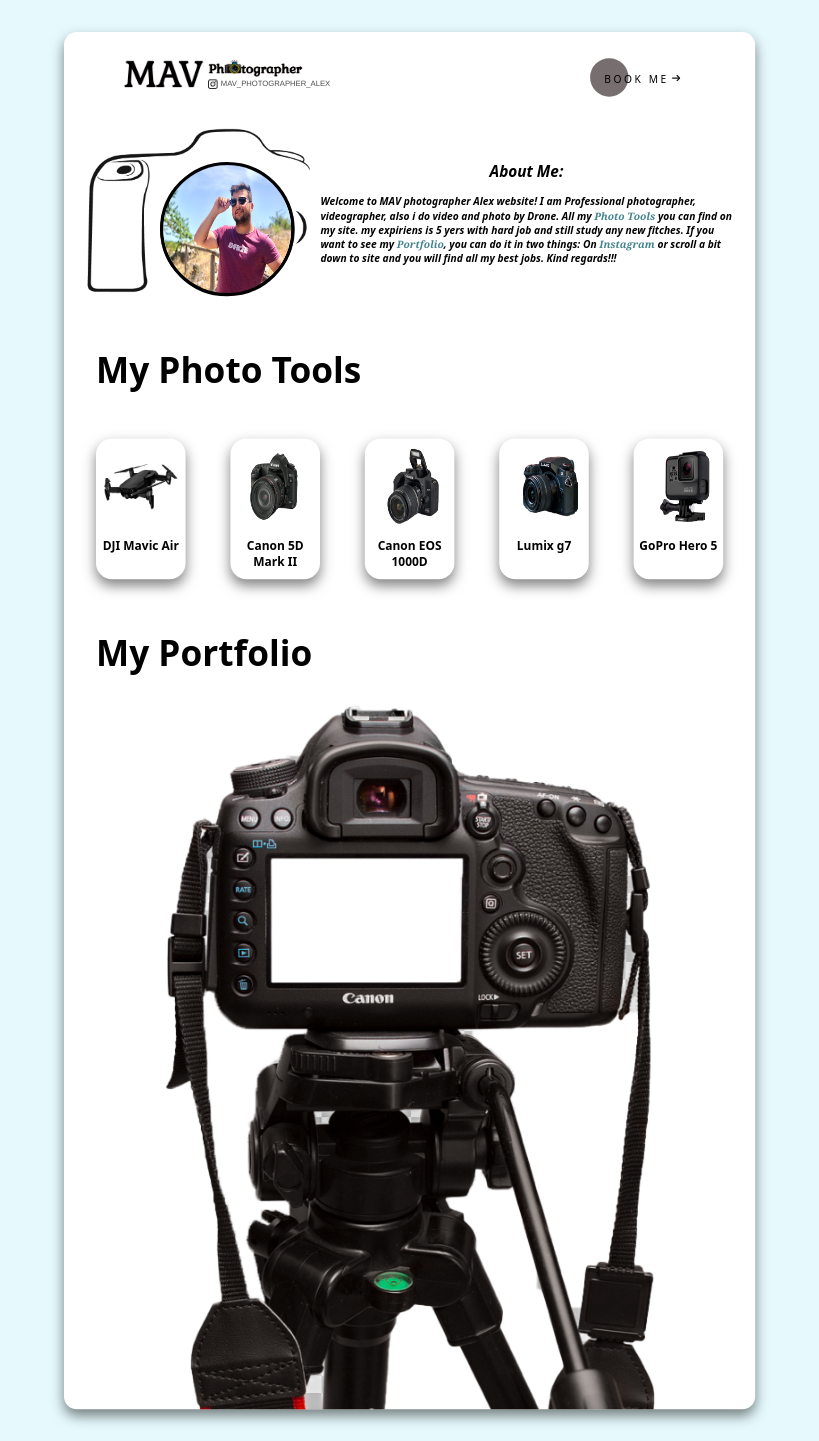
Repository: Dekabrist94/MAV
Page: /
An editor plug-in stored every save of this project. The page is shown before and after the next save, followed by the edit.
The browser window is 1280 px wide. The pictures show the whole page, at 64% of full size.
The project was rebuilt for these pictures with package versions that can differ from the ones it lists, and the page was loaded fresh each time.

Above is the page before, as saved 2023-03-11 17:29:39.

### src/index.js
import React from 'react';
import ReactDOM from 'react-dom/client';
import './index.scss';
import App from './App';
import reportWebVitals from './reportWebVitals';

const root = ReactDOM.createRoot(document.getElementById('root'));
root.render(
  <React.StrictMode>
    <App />
  </React.StrictMode>,
);

// If you want to start measuring performance in your app, pass a function
// to log results (for example: reportWebVitals(console.log))
// or send to an analytics endpoint. Learn more: https://bit.ly/CRA-vitals
reportWebVitals();

### src/index.scss
.aboutLinks {
  color: rgb(68, 132, 141);
  text-decoration: none;
  font-family: Georgia, 'Times New Roman', Times, serif;
  transition: all 0.3s ease;
}

.aboutLinks:hover {
  color: rgb(235, 17, 82);
  text-decoration: none;
  font-family: Georgia, 'Times New Roman', Times, serif;
}

body {
  margin: 0;
  font-family: system-ui;
  -webkit-font-smoothing: antialiased;
  -moz-osx-font-smoothing: grayscale;
  background-color: rgb(12, 213, 240, 0.1);
}

.wrapper {
  background: #ffffff;
  box-shadow: 0px 10px 20px rgba(0, 0, 0, 0.5);
  border-radius: 20px;
  max-width: 1080px;
  margin: 50px auto;
}

header {
  padding: 40px;
  margin: 50px;
  display: flex;
  justify-content: space-between;
}

img {
  margin-right: 5px;
}

.headerLeft {
  display: flex;
  align-items: center;
}

.underLogoLink {
  color: black;
  opacity: 70%;
  font-family: 'Franklin Gothic Medium', 'Arial Narrow', Arial, sans-serif;
  text-decoration: none;
  transition: all 0.2s ease;
  text-transform: uppercase;
  font-size: 12px;
}
.underLogoLink:hover {
  opacity: 100%;
  transition: all 0.2s ease;
}
.instaLink {
  display: flex;
  margin-top: -3px;
  align-items: center;
}

.bookMe {
  margin-top: 20px;
}

h3,
p {
  margin: 0;
}

.aboutMe {
  margin-left: 150px;
  position: relative;
  display: flex;

  align-items: center;
  justify-content: space-between;
}

.camera {
  top: -50px;
  left: -190px;
  position: absolute;
}
.avatar {
  border-radius: 50%;
  border: 5px black solid;
  z-index: 1;
  transition: all 0.4s ease;

  cursor: pointer;
}
.avatar:hover {
  transition: all 0.4s ease;
  transform: scale(1.05);
  cursor: pointer;
}

.textAboutCenter {
  text-align: center;
  font-style: italic;
}
.textAbout {
  padding-bottom: 50px;
  padding-left: 5%;
  padding-right: 5%;
  text-align: left;
  font-style: italic;
}
.cardContainer {
  display: flex;
  padding: 15px;
}
.card {
  height: 220px;
  width: 140px;
  margin: 0 auto;
}

.cardBorder {
  border-radius: 25px;
  box-shadow: 0px 10px 20px rgba(0, 0, 0, 0.5);
}

.cardStyle {
  padding-top: 15px;
  text-align: center;
}

.CaptionTools {
  padding-left: 50px;
  font-size: 55px;
}

.Portfolio {
}

.captionPortfolio {
  padding-top: 15px;
  padding-left: 50px;
  font-size: 55px;
}

.mainCamera {
  margin: 0 auto;
  align-items: center;
  display: flex;
}

.cameraSlider {
  margin: 0 auto;
  z-index: 2;
}

// .contContainer {
//   background: rgba(26, 25, 25, 0.6);
//   border-radius: 25px;
//   padding: 15px;
//   margin: 0px 15px auto;
//   z-index: 3;
// }
// .contacts {
//   display: flex;
//   margin: 0 auto;
//   justify-content: space-between;
//   z-index: 4;
// }

// li {
//   list-style-type: none;
//   z-index: 5;
// }

// .qrcode {
//   border-radius: 25px;
// }

### src/App.js
import { Header } from './pages/Header';
import { PhotoTools } from './pages/PhotoTools';
import { AboutMe } from './pages/AboutMe';
import mainCamera from './assets/img/mainCamera.png';
function App() {
  return (
    <div className="wrapper">
      <Header />
      <AboutMe />
      <PhotoTools />

      <section className="Portfolio">
        <h1 className="captionPortfolio">My Portfolio</h1>
        <div className="slider">
          <div className="mainCamera">
            <img className="cameraSlider" width={800} height={1100} src={mainCamera} />
          </div>
        </div>
      </section>

      <section className="contContainer"></section>

      {/* <section className="contContainer">
        <div>
          <h1 className="contCaption">Contacts</h1>
          <ul className="contacts">
            <li>
              <a href="https://www.instagram.com/palazzagofotografo/" target="_blank">
                <img
                  className="qrcode"
                  src="http://qrcoder.ru/code/?https%3A%2F%2Fwww.instagram.com%2Fpalazzagofotografo%2F&3&0"
                  width="123"
                  height="123"
                  title="Instagram QR Code"
                />
              </a>
              <h4 align="center">Instagram</h4>
            </li>
            <li>
              <a href="https://wa.me/+393519741841" target="_blank">
                <img
                  className="qrcode"
                  src="http://qrcoder.ru/code/?https%3A%2F%2Fwa.me%2F%2B393519741841&3&0"
                  width="123"
                  height="123"
                  title="WhatsApp QR Code"
                />
              </a>
              <h4 align="center">WhatsApp</h4>
            </li>
            <li>
              <a href="https://t.me/mavphotographeralex" target="_blank">
                <img
                  className="qrcode"
                  src="http://qrcoder.ru/code/?https%3A%2F%2Ftelegram.me%2F%40mavphotographer&4&0"
                  width="123"
                  height="123"
                  title="Telegram QR Code"
                />
              </a>
              <h4 align="center">Telegram</h4>
            </li>
          </ul>
        </div>
      </section> */}
    </div>
  );
}

export default App;

### src/pages/Header.jsx
import PHOTOGRAPHER from '../assets/img/photographer.png';
import InstaLogo from '../assets/img/instagram.png';
import MAV from '../assets/img/MAV.png';
import '../index.scss';
import { CustomButton } from '../components/button UI';
export const Header = () => {
  return (
    <header>
      <div className="headerLeft">
        <img width={130} height={50} src={MAV} alt="logo" />
        <div className="headerInfo">
          <img width={150} height={30} src={PHOTOGRAPHER} alt="logo" />
          <div className="instaLink">
            <img width={15} height={15} src={InstaLogo} alt="Instagram" />
            <a href="#" className="underLogoLink">
              mav_photographer_alex
            </a>
          </div>
        </div>
      </div>
      <div className="bookMe">
        <CustomButton text="BOOK ME" style="link" />
      </div>
    </header>
  );
};

### src/pages/PhotoTools.jsx
import Drone from '../assets/img/mavicAir.png';
import Mark from '../assets/img/5dmark.png';
import CanonD from '../assets/img/1000d.png';
import Lumix from '../assets/img/lumix.png';
import Hero5 from '../assets/img/hero5.png';

import '../index.scss';

export const PhotoTools = () => {
  return (
    <section className="PhotoTools">
      <aside>
        <h1 className="CaptionTools">My Photo Tools</h1>
      </aside>
      <div className="cardContainer">
        <div className="card cardBorder">
          <img className="cardStyle" width={140} height={120} src={Drone} alt="card" />
          <p className="cardStyle">
            <h3>DJI Mavic Air</h3>
          </p>
        </div>
        <div className="card cardBorder">
          <img className="cardStyle" width={140} height={120} src={Mark} alt="card" />
          <p className="cardStyle">
            <h3>Canon 5D Mark II</h3>
          </p>
        </div>
        <div className="card cardBorder">
          <img className="cardStyle" width={160} height={120} src={CanonD} alt="card" />
          <p className="cardStyle">
            <h3>Canon EOS 1000D</h3>
          </p>
        </div>
        <div className="card cardBorder">
          <img className="cardStyle" width={160} height={120} src={Lumix} alt="card" />
          <p className="cardStyle">
            <h3>Lumix g7</h3>
          </p>
        </div>
        <div className="card cardBorder">
          <img className="cardStyle" width={160} height={120} src={Hero5} alt="card" />
          <p className="cardStyle">
            <h3>GoPro Hero 5</h3>
          </p>
        </div>
      </div>
    </section>
  );
};

### src/pages/AboutMe.jsx
import '../index.scss';
import Camera from '../assets/img/camera.png';
import AVATAR from '../assets/img/AVATAR.jpg';
export const AboutMe = () => {
  return (
    <section className="aboutMe">
      <img className="avatar" width={200} height={200} src={AVATAR} alt="AVATAR" />
      <img className="camera" width={500} height={302} src={Camera} alt="Camera" />

      <div>
        <h1 className="textAboutCenter">About Me:</h1>
        <h4 className="textAbout">
          Welcome to MAV photographer Alex website! I am Professional photographer, videographer,
          also i do video and photo by Drone. All my{' '}
          <a className="aboutLinks" href="#">
            Photo Tools
          </a>{' '}
          you can find on my site. my expiriens is 5 yers with hard job and still study any new
          fitches. If you want to see my{' '}
          <a className="aboutLinks" href="#">
            Portfolio
          </a>
          , you can do it in two things: On{' '}
          <a className="aboutLinks" href="#">
            Instagram
          </a>{' '}
          or scroll a bit down to site and you will find all my best jobs. Kind regards!!!
        </h4>
      </div>
    </section>
  );
};

### src/components/button UI/index.jsx
import styles from './Button.module.css';
import React from 'react';

export const CustomButton = ({ type, text, link, style }) => {
  if (style === 'btn') {
    return (
      <button className={`${styles.button} ${styles.buttonBtn}`} type={type}>
        <span>{text}</span>
        <svg width="13px" height="10px" viewBox="0 0 13 10">
          <path d="M1,5 L11,5"></path>
          <polyline points="8 1 12 5 8 9"></polyline>
        </svg>
      </button>
    );
  } else if (style === 'link') {
    return (
      <a
        href={link}
        className={`${styles.button} ${styles.buttonLink}`}
        target="_blank"
        rel="noreferrer">
        <span>{text}</span>
        <svg width="13px" height="10px" viewBox="0 0 13 10">
          <path d="M1,5 L11,5"></path>
          <polyline points="8 1 12 5 8 9"></polyline>
        </svg>
      </a>
    );
  }
  return <button>{text}</button>;
};

### src/components/button UI/Button.module.css
.button {
  position: relative;
  margin: auto;
  padding: 19px 22px;
  transition: all 0.2s ease;
  cursor: pointer;
}
.button:before {
  content: '';
  position: absolute;
  top: 0;
  left: 0;
  display: block;
  border-radius: 50%;

  width: 60px;
  height: 60px;
  transition: all 0.5s ease;
}
.buttonLink:before {
  background: rgb(119, 111, 111);
}
.buttonBtn:before {
  background: rgba(255, 165, 45, 0.5);
}
.button span {
  position: relative;
  font-size: 16px;
  line-height: 18px;
  font-weight: 400;
  letter-spacing: 4px;
  text-transform: uppercase;
  vertical-align: middle;
  transition: color 0.5s ease;
}
.button:hover span {
  color: #fff;
}
.button svg {
  position: relative;
  top: 0;
  margin-left: 10px;
  fill: none;
  stroke-linecap: round;
  stroke-linejoin: round;
  stroke: #111;
  stroke-width: 2;
  transform: translateX(-5px);
  transition: all 0.5s ease;
}
.button:hover:before {
  width: 100%;
  border-radius: 50px;
}
.buttonLink:hover:before {
  background: black;
}
.buttonBtn:hover:before {
  background: rgb(255, 165, 45);
}
.button:hover svg {
  transform: translateX(0);
  stroke: #fff;
}
.button:active {
  transform: scale(0.96);
}

Loaded but not shown: public/index.html (common file); src/reportWebVitals.js (common file)

After the next save:
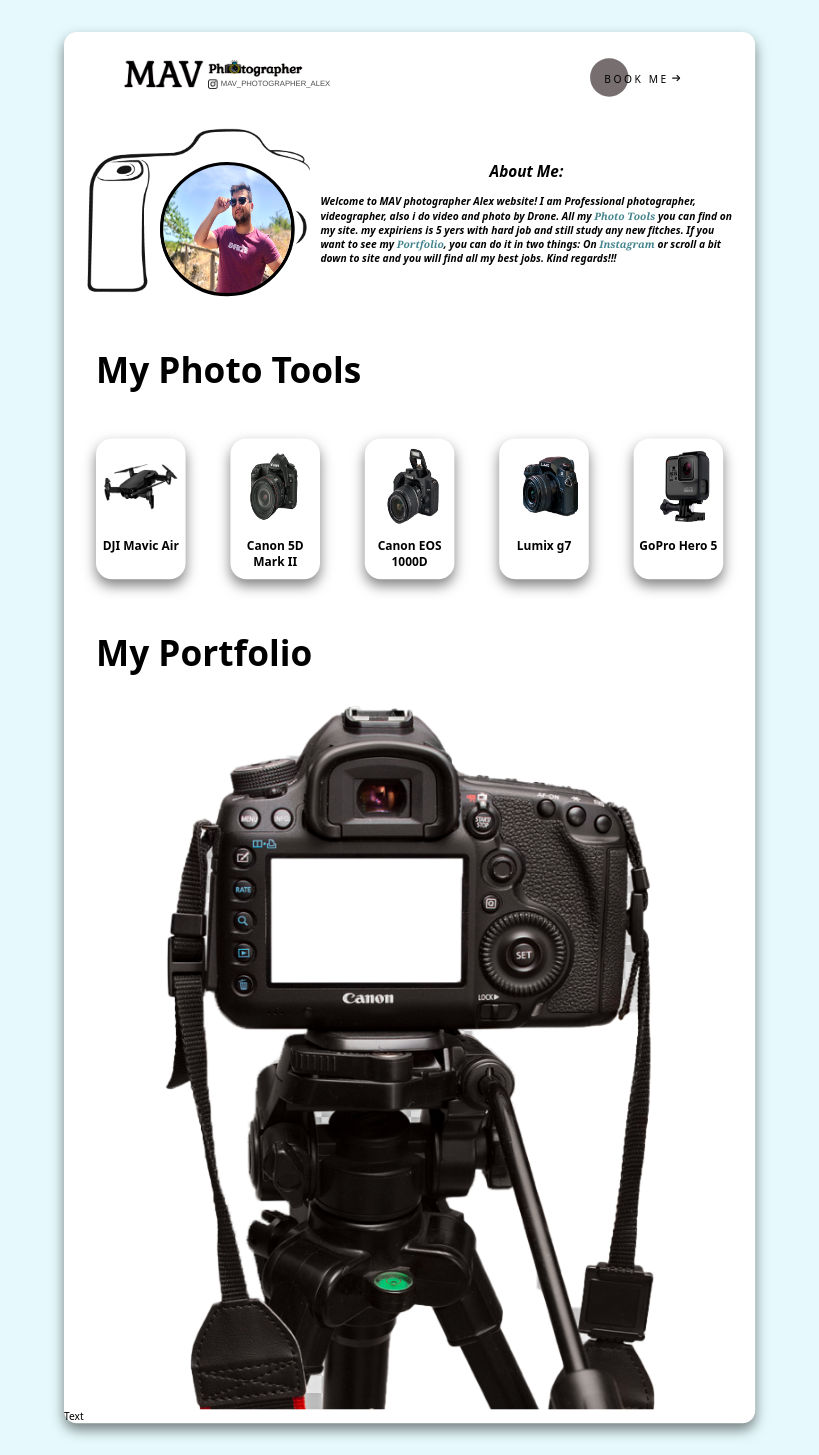
Saved 26 s later.
--- a/src/App.js
+++ b/src/App.js
@@ -18,7 +18,9 @@
         </div>
       </section>
 
-      <section className="contContainer"></section>
+      <section className="contContainer">
+        <div className="background">Text</div>
+      </section>
 
       {/* <section className="contContainer">
         <div>

After the save that followed:
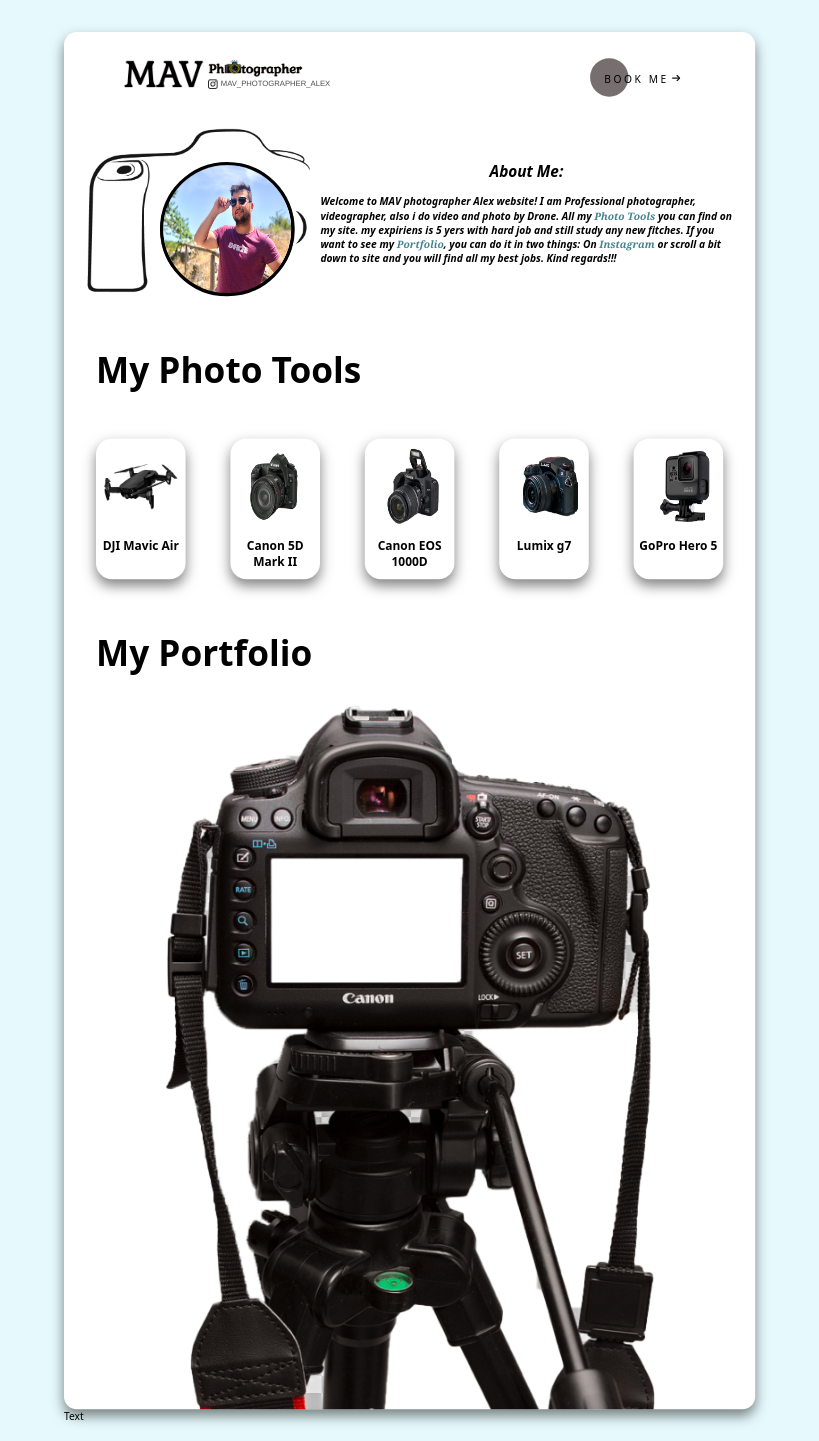
Saved 40 s later.
--- a/src/index.scss
+++ b/src/index.scss
@@ -155,6 +155,14 @@
   z-index: 2;
 }
 
+.contContainer {
+  position: relative;
+}
+
+.background {
+  position: absolute;
+}
+
 // .contContainer {
 //   background: rgba(26, 25, 25, 0.6);
 //   border-radius: 25px;
